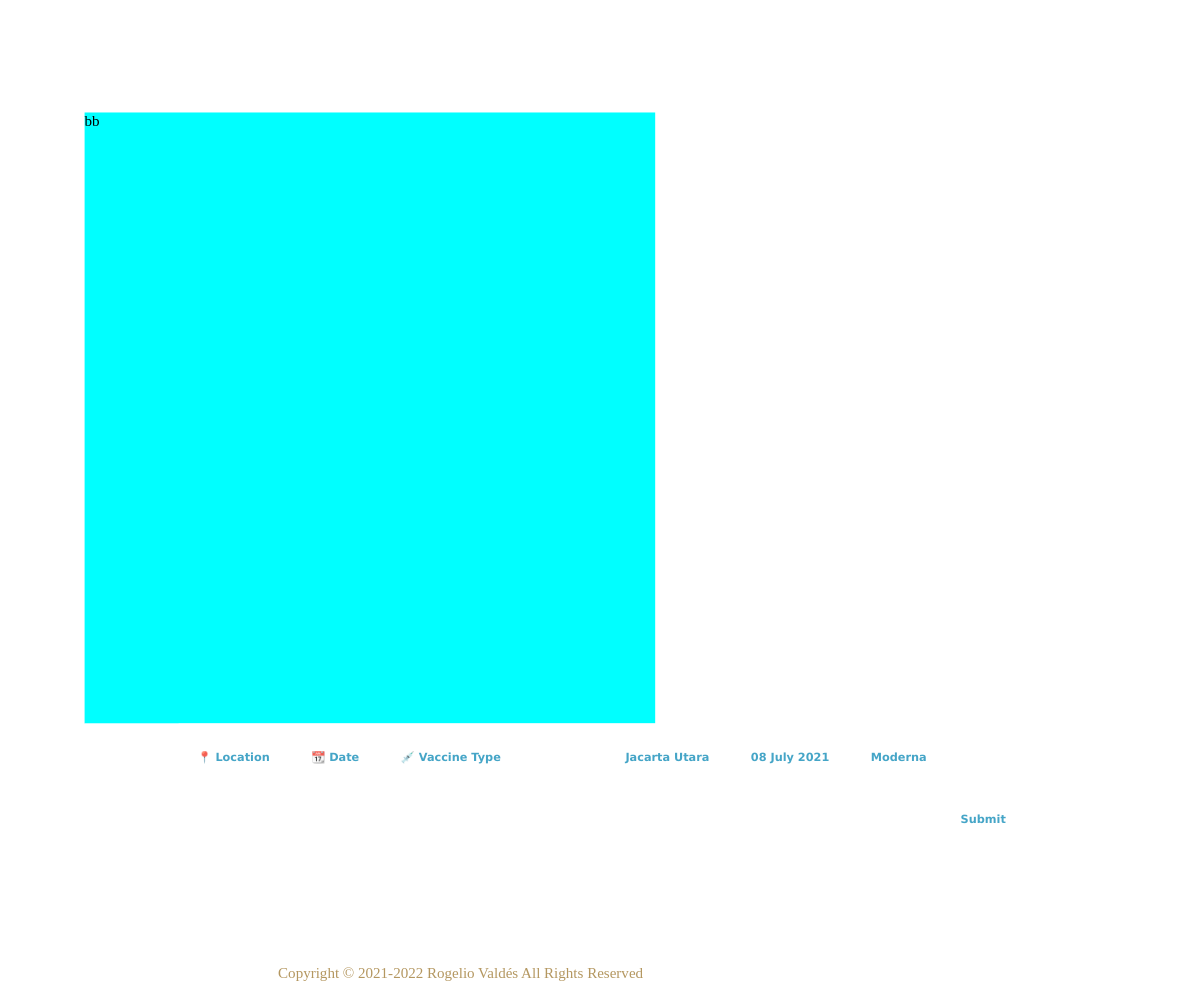
Repository: roge64/cssfrontend
Page: index.html
These files come from the project's save history. The page is drawn as it stood at one moment and after the next save; the edit follows.
The browser window is 1280 px wide. The pictures show the part of the page from y = 2422 to 3474 px (the page is 3474 px tall), at 94% of full size.

Above is the page before, as saved 2022-03-11 17:40:56.

After the next save:
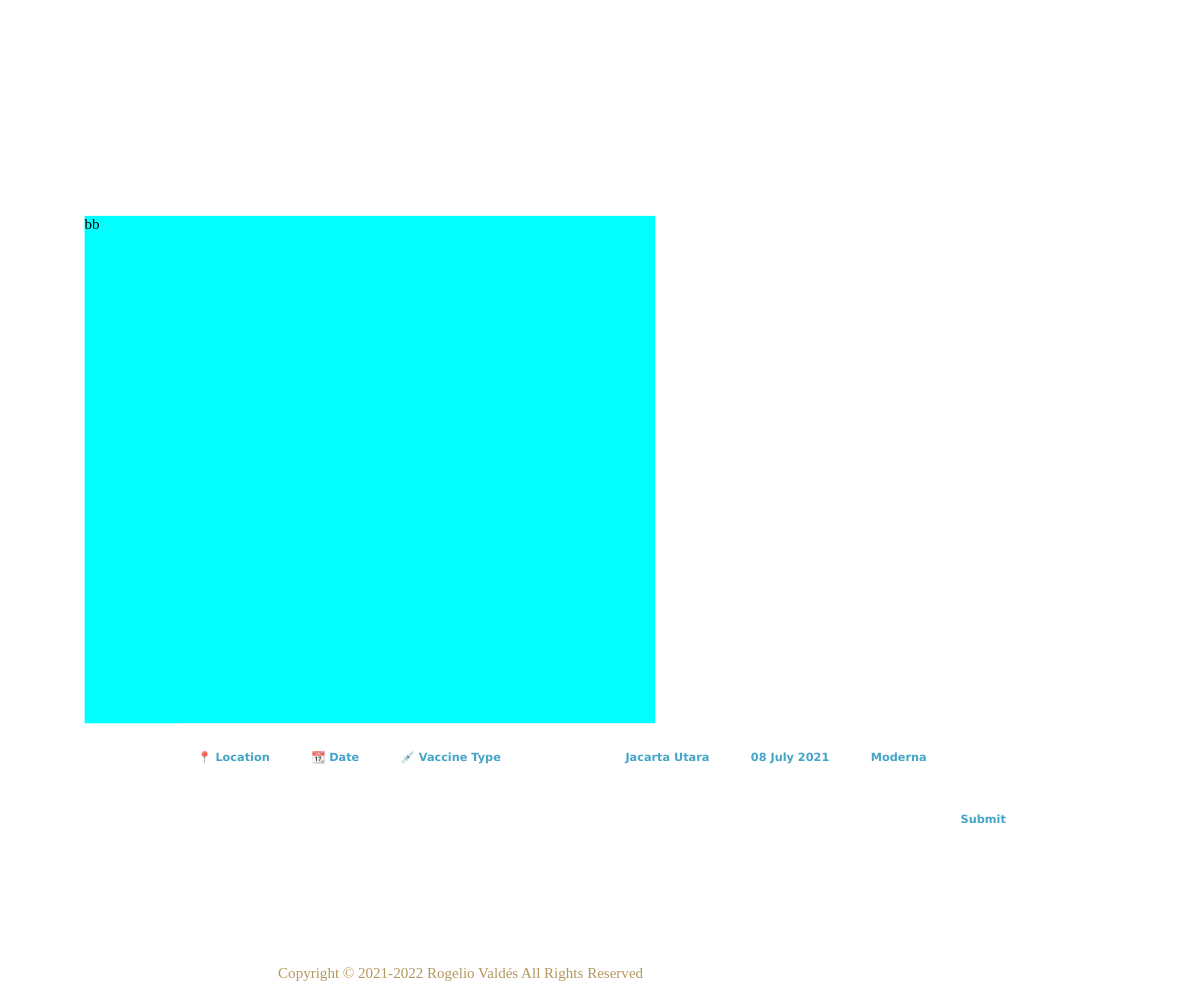
Saved 11 s later.
--- a/estilos/estilos.css
+++ b/estilos/estilos.css
@@ -516,7 +516,7 @@
 }
 .bb {
     grid-column: 1 / 50;
-    grid-row: 22 / 28;
+    grid-row: 23 / 28;
     background-color: aqua;
 
     background-repeat: no-repeat;
